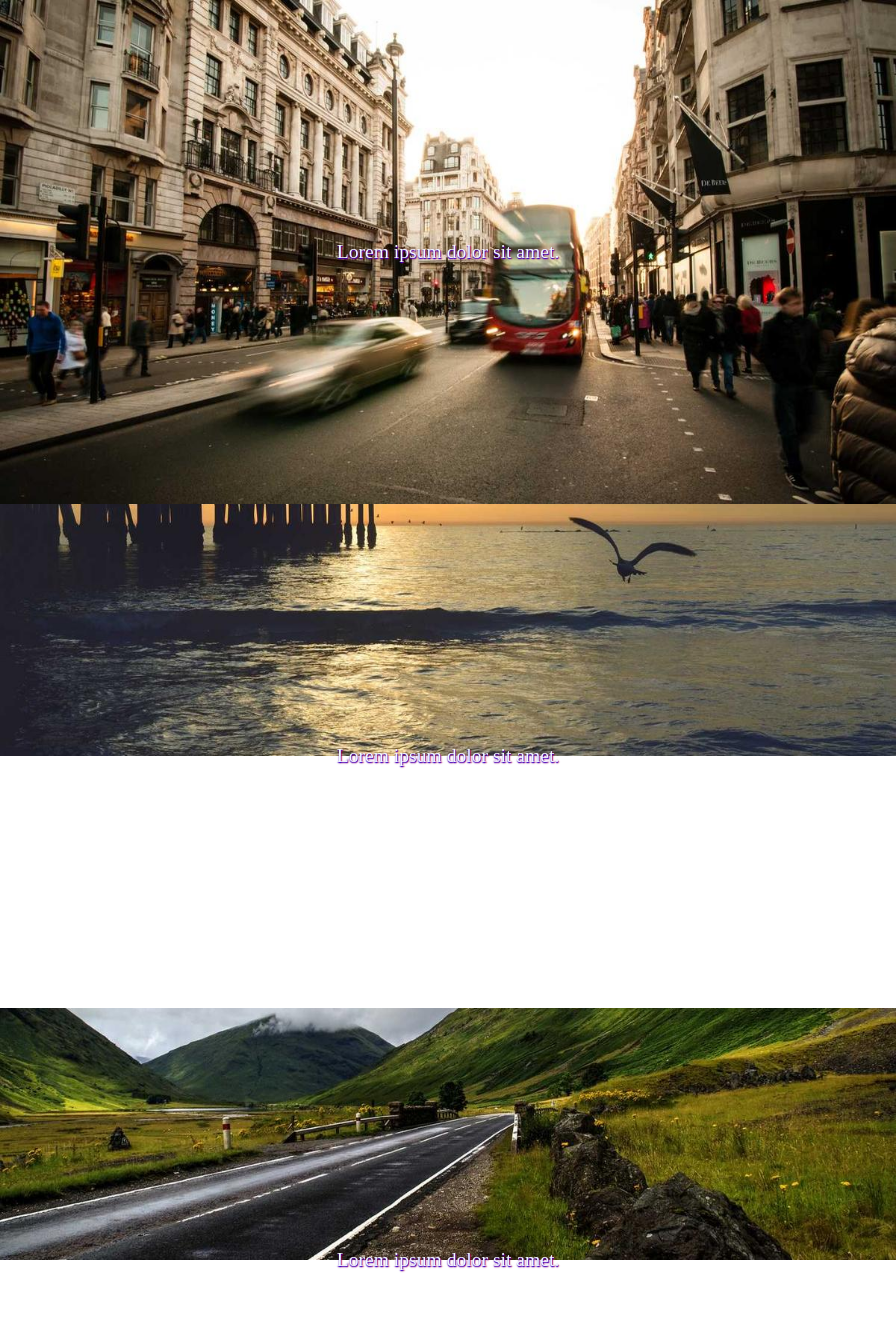
Repository: zuuo/--
Page: 视差偏移滚动/index.html
An editor plug-in stored every save of this project. The page is shown before and after the next save, followed by the edit.
The browser window is 1280 px wide. The pictures show the part of the page from y = 0 to 1920 px (the page is 7200 px tall), at 70% of full size.
Some web libraries are served in a nearby version. The style sheet was rebuilt from its Sass, Less or Tailwind sources for each picture, by a compiler version that may differ from the author's.

Above is the page before, as saved 2024-02-29 21:08:46.

### 视差偏移滚动/index.html
<!DOCTYPE html>
<html lang="en">

<head>
    <meta charset="UTF-8">
    <meta name="viewport" content="width=device-width, initial-scale=1.0">
    <title>Document</title>
    <link rel="stylesheet" href="./style.css">
</head>

<body>
    <!-- <div class="title"></div> -->
    <div class="box" style="background-image: url(./img/1.jpg);">
        <p>Lorem ipsum dolor sit amet.</p>
    </div>
    <div class="box" style="background-image: url(./img/2.jpg);">
        <p>Lorem ipsum dolor sit amet.</p>
    </div>
    <div class="box" style="background-image: url(./img/3.jpg);">
        <p>Lorem ipsum dolor sit amet.</p>
    </div>
    <div class="box" style="background-image: url(./img/4.jpg);">
        <p>Lorem ipsum dolor sit amet.</p>
    </div>
    <div class="box" style="background-image: url(./img/5.jpg);">
        <p>Lorem ipsum dolor sit amet.</p>
    </div>
    <div class="box" style="background-image: url(./img/6.jpg);">
        <p>Lorem ipsum dolor sit amet.</p>
    </div>
    <div class="box" style="background-image: url(./img/7.jpg);">
        <p>Lorem ipsum dolor sit amet.</p>
    </div>
    <div class="box" style="background-image: url(./img/8.jpg);">
        <p>Lorem ipsum dolor sit amet.</p>
    </div>
    <div class="box" style="background-image: url(./img/9.jpg);">
        <p>Lorem ipsum dolor sit amet.</p>
    </div>
    <div class="box" style="background-image: url(./img/10.jpg);">
        <p>Lorem ipsum dolor sit amet.</p>
    </div>
</body>
<script src="https://cdnjs.cloudflare.com/ajax/libs/gsap/3.12.5/gsap.min.js"></script>
<script src="https://cdnjs.cloudflare.com/ajax/libs/gsap/3.12.5/ScrollTrigger.js"></script>
<script src="./index.js"></script>

</html>

### 视差偏移滚动/index.js
gsap.registerPlugin(ScrollTrigger)
var boxs = document.querySelectorAll(".box")
boxs.forEach((box) => {
    gsap.fromTo(box, {
        backgroundPositionY: `-${window.innerHeight / 2}px`,
    }, {
        backgroundPositionY: `${window.innerHeight / 2}px`,
        ease: "none",
        scrollTrigger: {
            trigger: box,
            scrub: true,
        }
    })
})

### 视差偏移滚动/style.less
/* 隐藏所有元素滚动条 */

body {
    /* IE and Edge */
    -ms-overflow-style: none;  /* IE and Edge */
    scrollbar-width: none;  /* Firefox */
}


/* 隐藏滚动条的 track */

::-webkit-scrollbar {
    display: none;
}


/* 隐藏滚动条的 thumb */

::-webkit-scrollbar-thumb {
    display: none;
}

body {
    margin: 0;
}

.title {
    height: 50vh;
    background-color: #000;
}

.box {
    width: 100vw;
    height: 100vh;
    margin: 0;
    display: flex;
    align-items: center;
    justify-content: center;
    color: aliceblue;
    text-shadow: 0.5px 0.5px 2px #00f, 1px 1px 2px #f00;
    font-size: 28px;
    user-select: none;
    background-repeat: no-repeat;
    background-size: 100% 100%;
    background-position-x: center;
    background-position-y: 0px;
}

After the next save:
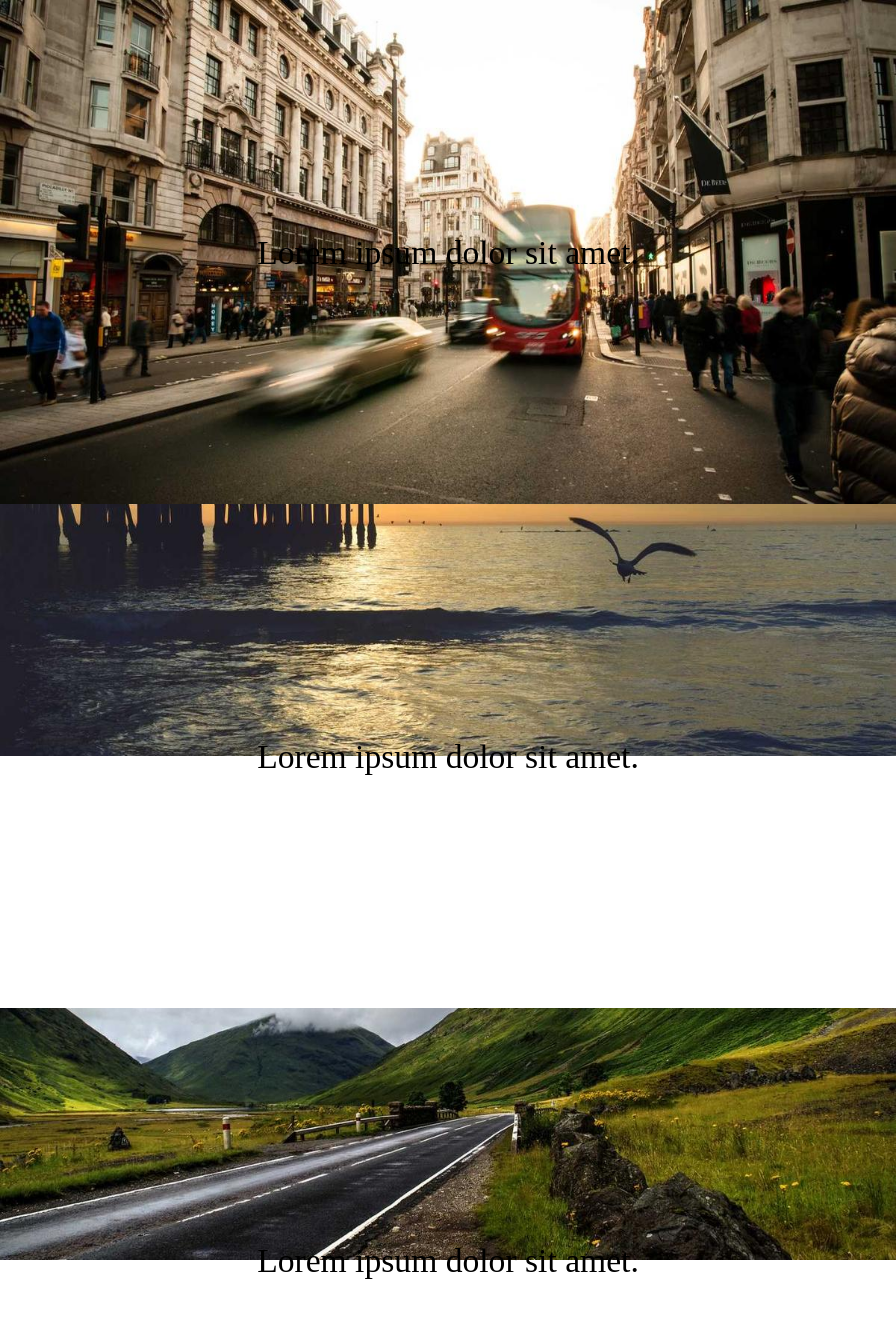
Saved 37 s later.
--- a/视差偏移滚动/style.less
+++ b/视差偏移滚动/style.less
@@ -36,12 +36,16 @@
     display: flex;
     align-items: center;
     justify-content: center;
-    color: aliceblue;
-    text-shadow: 0.5px 0.5px 2px #00f, 1px 1px 2px #f00;
+    // color: aliceblue;
+    // text-shadow: 0.5px 0.5px 2px #00f, 1px 1px 2px #f00;
     font-size: 28px;
     user-select: none;
     background-repeat: no-repeat;
     background-size: 100% 100%;
     background-position-x: center;
     background-position-y: 0px;
+
+    p {
+        font-size: 48px;
+    }
 }
